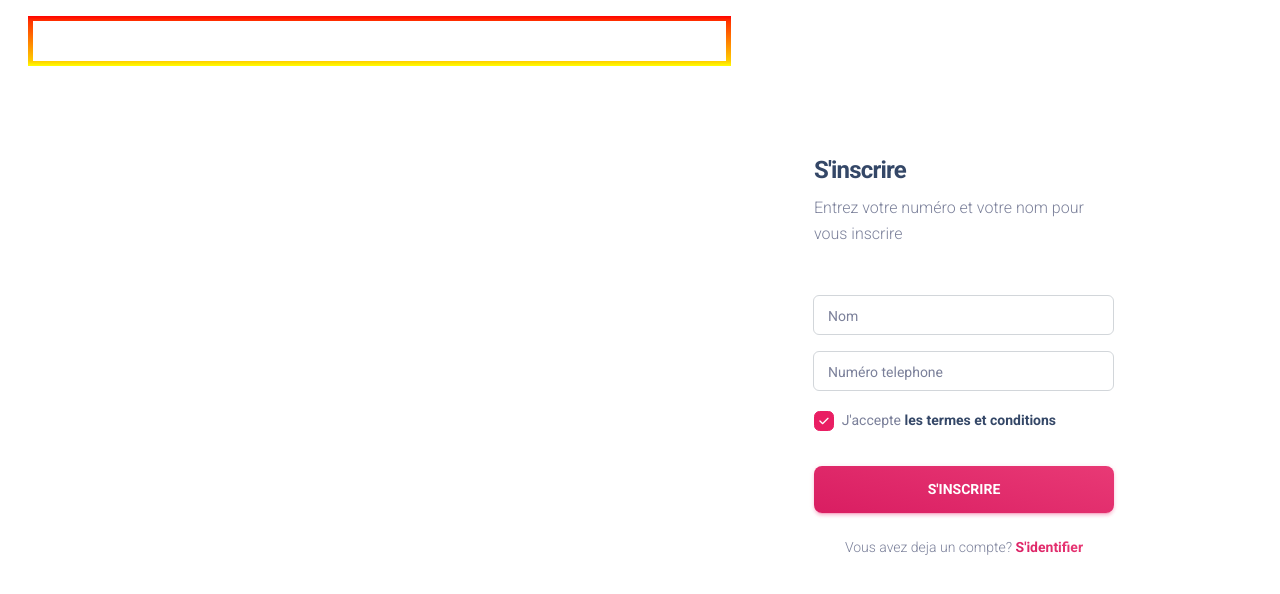
Repository: mohamedaliamri/atlasweb
Page: http://localhost/atlasweb/material-dashboard-master/pages/sign-up.jsp
These files come from the project's save history. The page is drawn as it stood at one moment and after the next save; the edit follows.
The browser window is 1280 px wide. The pictures show the whole page.
Some web libraries are served in a nearby version. The page is served by Tomcat 9.

Above is the page before, as saved 2022-04-09 20:42:05.

After the next save:
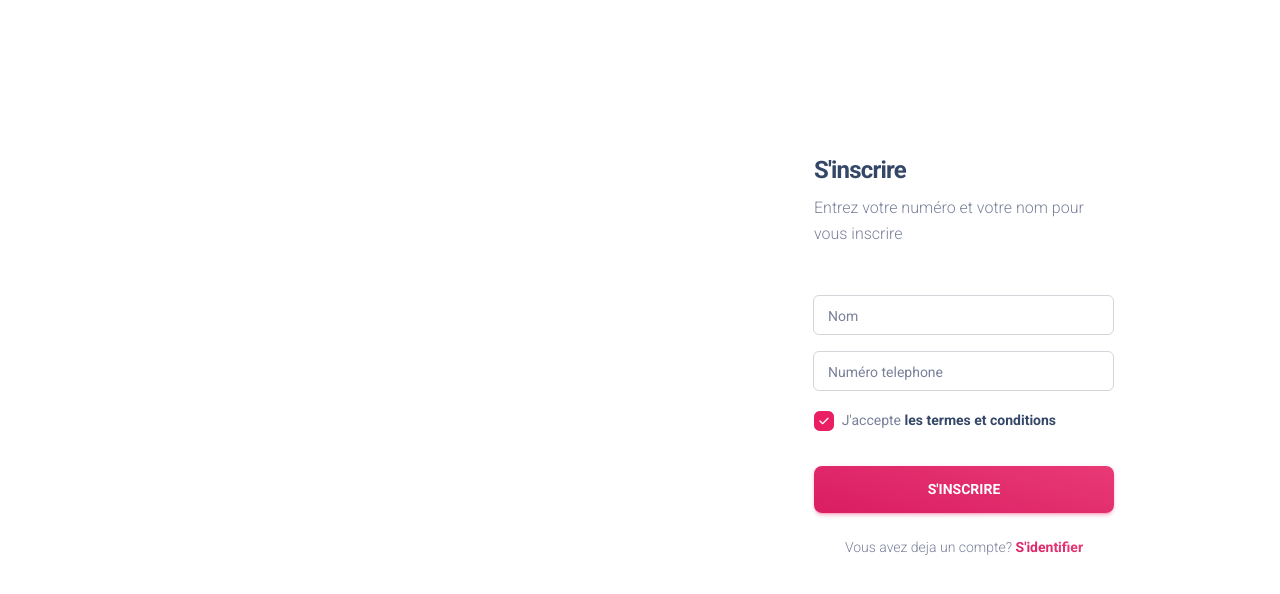
Saved 9 s later.
--- a/atlasweb/src/main/webapp/material-dashboard-master/pages/sign-up.jsp
+++ b/atlasweb/src/main/webapp/material-dashboard-master/pages/sign-up.jsp
@@ -39,7 +39,7 @@
         <div class="container">
           <div class="row">
             <div class="col-7 d-lg-flex d-none h-99 my-auto pe-0 position-absolute top-0 start-0 text-center justify-content-center flex-column">
-              <div id="gradient" class="position-relative bg-gradient-primary h-100 m-3 px-7 border-radius-lg d-flex flex-column justify-content-center" style="background-image: url('../assets/img/illustrations/signup3.jpg'); background-size: cover;">
+              <div  class="position-relative bg-gradient-primary h-100 m-3 px-7 border-radius-lg d-flex flex-column justify-content-center" style="background-image: url('../assets/img/illustrations/signup3.jpg'); background-size: cover;">
               </div>
             </div>
             <div class="col-xl-4 col-lg-5 col-md-7 d-flex flex-column ms-auto me-auto ms-lg-auto me-lg-5">
